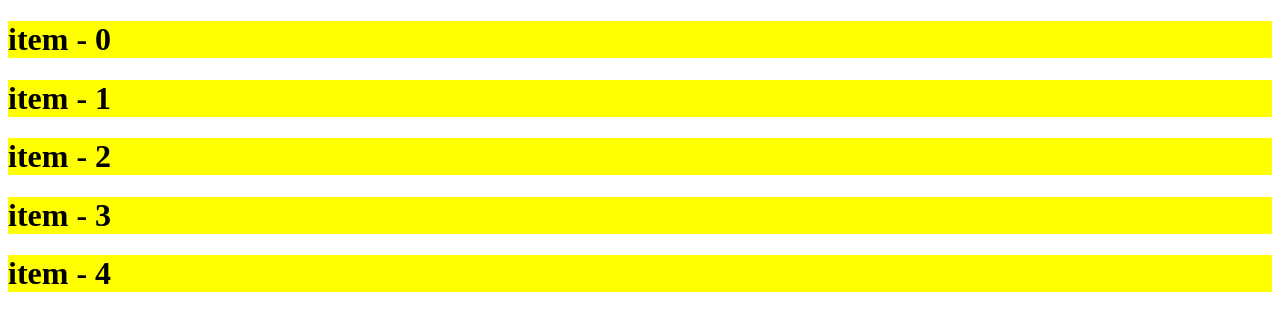
Repository: chlguswns1/web-practice
Page: jQuery/src/main/webapp/01_jQueryBasic.html
The author's editor kept a copy of each file at every save. The page is drawn from the files as they stood at one save, then again after the next save.
The browser window is 1280 px wide. The pictures show the whole page.

Above is the page before, as saved 2023-03-09 02:55:34.

### jQuery/src/main/webapp/01_jQueryBasic.html
<!-- jQuery 기본
	1. jQuery 개요
		- 모든 브라우저에서 동작하는 클라이언트 자바스크립트 라이브러리.
		- 다음의 기능을 위해 제작
			. DOM과 관련된 처리를 쉽게 구현
			. 일관된 이벤트 연결을 쉽게 구현
			. 시각적 효과를 쉽게 구현
			. ajax 애플리케이션을 쉽게 구현

		- http://jquery.com
		- jQuery 사용 방법
			1) 직접 다운받아 사용하는 방법.
			2) CDN 호스트 사용하는 방법.
				 . Content Delivery Network
				 . 사용자에게 간편하게 콘텐츠를 제공하는 방식을 의미.
				 . 구글, 마이크로소프트, jQuery측에서 사용자가 jQuery를 사용하기 편하게 콘텐츠를 제공.
-->

<!DOCTYPE html>
<html>
<head>
<meta charset="UTF-8">
<title>jQuery 태그 구조</title>

<!-- 9. jQuery를 사용한 배열 관리(2)를 위한 예제 -->
<style type="text/css">
	.high-light { background:yellow; }
	.high-light-0 { background:yellow; }
	.high-light-1 { background:orange; }
	.high-light-2 { background:blue; }
	.high-light-3 { background:green; }
	.high-light-4 { background:red; }
</style>

<!-- 방법1. 직접 다운로드 -->
<script src="./js/jquery-3.6.3.min.js"></script><!-- 이렇게 하는순간 이코드에 포함된거다 -->

<!-- 방법2.CDN 방식 -->
<script src="https://ajax.googleapis.com/ajax/libs/jquery/1.12.4/jquery.min.js"></script>

<script type="text/javascript">
/* 1. 라이브러리 포함 방법 : 2가지 방식 */
//- 방법1 방법2 참조

/* 2. jQuery를 사용한 웹 페이지 형식
//	-jQuery() //jQuery함수를 호출했을때 객체를 반환해준다
//	-$(document).ready(function(){});<-이거//바디영역을 전부읽어 갔을때 jQuery가 감시하고있다 읽어간순간
							      //입력으로 전달하는 함수를 실행함
//		.문서가 준비 완료되면매개변수로전달된 함수를 실행하라는 의미.
//		.$(function(){});//간단한 형식 정의 위와 같은 코드지만 융통성있는 코드로 짧게줄일수있다
	$(document).ready(function(){//onload와(차이점) 다르게 여러개 사용할 수 있다
		alert('First Ready');
	});

	$(document).ready(function(){
		alert('Second Ready');
	});

	$(document).ready(function(){
		alert('Thirth Ready');
	});
*/
/* 3. jQuery 기본 선택자
// - jQuery 메서드의 가장 기본적인 형태
//   . 문서 객체를 다룰 때 사용하는 형태
//   . jQuery에서 가장 많이 사용하는 형태

$(document).ready(function(){
// 1) 전체 선택자(*)
	//$('*').css('color','red');//전체선택자



// 2) 태그 선택자

	//한 개 태그 선택

	//h1을 선택.css()메소드정의
	//$('h1').css('color','orange');

	//두 개 이상의 태그 선택
	//$('h1, p').css('color','blue');

// 3) 아이디 선택자
	//$('#target').css('color','blue')

// 4) 클래스 선택자
	//$('.item').css('color','yellow');
	$('h1.item').css('color','yellow');//가독성있는 접근법 h1에있는 아이템들

	$('.item.select').css('color','green');//주의) 접근해 갈때는 빈스페이스가 생기지 않도록 주의.

});
*/

/* 4. jQuery 자식(손)선택자와 후손 선택자
	//$(document).ready(function(){}); ↓밑에처럼 줄일수 있다
	$(function(){

	// - 자식(손) 선택자 - 자식은 div가 사실상 지정된것이다
	$('body > *').css('color','red')//자식에있는 모든것을 선택하겠다

// - 후손 선택자 - 후손은 div를 포함안 안에있는 모든것들이 태그된것이다
	$('body *').css('color','blue')//후손선택자의 경우는 스페이스

	});
*/

/* 5. jQuery 속성 선택자
//- 기본 선택자 뒤에 붙여 사용.
//- 입력 양식과 관련된 태그를 선택할 때 많이 사용.

	$(function () {
		$('input[type = text]').val('hello jQuery');//처음화면이 보여질때 val()안에 텍스트가 보여짐
	})
  */

/* 6. jQuery 필터 선택자
// 1) 입력 양식 필터 선택자
// .input:button
// .input:checkbox
// .input:radio
// .input:file
// .input:image
// .input:password
// .input:text
// .input:submit
// .input:reset

// .요소:checked
// .요소:disabled
// .요소:enabled
// .요소:focus
// .요소:selected

	$(function () {
		setTimeout(function(){//항목을 선택하면 5초뒤에 선택되어진 항목을 alert창으로 출력
			var value = $('select > option:selected').val();
		alert(value);
		},5000);//한번만 이벤트함수 발생
	})
*/

// 2) 위치 필터 선택자
//   . 선택자를 사용해 문서 객체를 선택한 후에 다음과 같은 위치를 지정한다.
//    >> 요소:odd -> 홀수 번째에 위치한 문서 객체 선택.
//    >> 요소:even -> 짝수 번째에 위치한 문서 객체 선택.
//    >> 요소:first -> 첫번째에 위치한 문서 객체 선택.
//    >> 요소:last -> 마지막에 위치한 문서 객체 선택.

	/* $(function () {
		$('tr:odd').css('background','silver'); //0 부터 카운팅
		$('tr:even').css('background','#9F9F9F');
		$('tr:first').css('background','blue').css('color','#FFFFFF');
	}) */

// 3) 함수 필터 선택자
//   >> 요소:contains(문자열)
//       ->특정 문자열을 포함하는 문서 객체를 선택.
//   >> 요소:eq(n)
//       ->n번째에 위치하는 문서 객체를 선택.
//   >> 요소:gt(n)
//       ->n번째 초과하는 위치에 있는 문서 객체를 선택.
//   >> 요소:has(h1)
//       ->h1 태그를 가지고 있는 문서 객체를 선택.
//   >> 요소:lt(n)
//       ->n번째 미만에 위치하는 문서 객체를 선택.
//   >> 요소:not(선택자)
//       ->선택자와 일치하지 않는 문서 객체를 선택.
//   >> 요소:nth-child
//       -> 3n+1번째에 위치하는 문서 객체를 선택(인덱스 1부터 카운팅).

	/* $(function () {
		$('tr:eq(0)').css('background','black').css('color','white');
		$('tr:nth-child(3n+1)').css('background','green');//1 4 7
	}) */



/* 7. jQuery를 사용한 배열 관리(1)
// - each() 메서드 사용 - 배열데이터를 전달받음
//    . 매개 변수로 입력한 함수 사용.
//    . for in 반복문처럼 객체나 배열의 요소 검사하는 메서드



// - each() 메서드의 형태
//	1.
$.each(object, function(index,item){
	$(function() {
		var array = [{name:'Naver', link:'https://www.naver.com'},
					 {name:'Daun', link:'https://www.daum.net'},
					 {name:'Nate', link:'https://www.nate.com'}];
		$.each(array,function(){index, item});
			var output = '';

			output += '<a href="'+ item.link +'">';//<a href="https://www.naver.com"></a>
			output += '<h1>' + item.name + '</h1>';//<a href="https://www.naver.com"></a><h1>Naver</h1>
			output += '</a>';//<a href="https://www.naver.com"></a><h1>Naver</h1></a>

			document.body.innerHTML += output;
	});
});
*/
/* 8. jQuery를 사용한 배열 관리(2) */
// - 각 객체에 서로 다른 class 속성을 설정하고 싶을 때 each() 메서드 사용.
	//예제 1.
	$(function () {
		$('h1').addClass('high-light');
	})

	//예제 2.
	// -each() 메소드의 형태
/* 9. jQuery를 사용한 객체 확장 */


/* 10. jQuery 라이브러리 충돌 방지 */
// - jQuery외 prototype 자바스크립트 라이브러리도 동일하게 $를
//    식별자로 사용.
// - 따라서 두 라이브러리를 함께 사용시 충돌 발생.


</script>
</head>
<body>
<!-- 3-1/3-2. 전체/태그 선택자
	<h1>Lorem ipsum</h1>
	<p>Lorem ipsum dolor sit amet.</p>
	<h1>Lorem ipsum</h1>
	<p>Lorem ipsum dolor sit amet.</p>
	<hr>
-->
<!-- 3-3. 아이디 선택자
	<h1>Header-0</h1>
    <h1 id="target">Header-1</h1>
    <h1>Header-2</h1>
    <hr>
-->

<!-- 3-4. 클래스 선택자
    <h1 class="item">Header-0</h1>
    <h1 class="item select">Header-1</h1>
    <h1 class="item">Header-2</h1>
    <hr>
 -->
<!-- 4. 자식(손) 선택자와 후손 선택자
	<div>
		<ul>
			<li>Apple</li>
			<li>Bag</li>
			<li>Cat</li>
			<li>Dog</li>
		</ul>
	</div>
    <hr>
-->
<!-- 5. 속성 선택자
    <input type="text"/></br>
    <input type="password"/></br>
    <input type="radio"/></br>
    <input type="checkbox"/></br>
    <input type="file"/></br>
    <hr>
 -->
<!-- 6-1. 입력 양식 필터 선택자
	<select>
		<option>Apple</option>
		<option>Bag</option>
		<option>Cat</option>
		<option>Dog</option>
	</select>
    <hr>
-->
<!-- 6-2/6-3. 필터선택자
	<table border="1">
		<tr><th>이름</th><th>혈액형</th><th>지역</th></tr>
		<tr><td>홍길동</td><td>AB형</td><td>서울시 강남구</td></tr>
		<tr><td>홍길서</td><td>A형</td><td>서울시 마포구</td></tr>
		<tr><td>홍길남</td><td>B형</td><td>서울시 서초구</td></tr>
		<tr><td>홍길북</td><td>O형</td><td>서울시 송파구</td></tr>
		<tr><td>김길동</td><td>O형</td><td>서울시 영등포구</td></tr>
		<tr><td>이길동</td><td>A형</td><td>서울시 강서구</td></tr>
		<tr><td>박길동</td><td>B형</td><td>서울시 용산구</td></tr>
	</table>
	<hr>
-->
<!-- 8. jQuery를 사용한 배열 관리(2) -->
	<h1>item - 0</h1>
	<h1>item - 1</h1>
	<h1>item - 2</h1>
	<h1>item - 3</h1>
	<h1>item - 4</h1>

</body>
</html>

Loaded but not shown: jQuery/src/main/webapp/js/jquery-3.6.3.min.js (library)

After the next save:
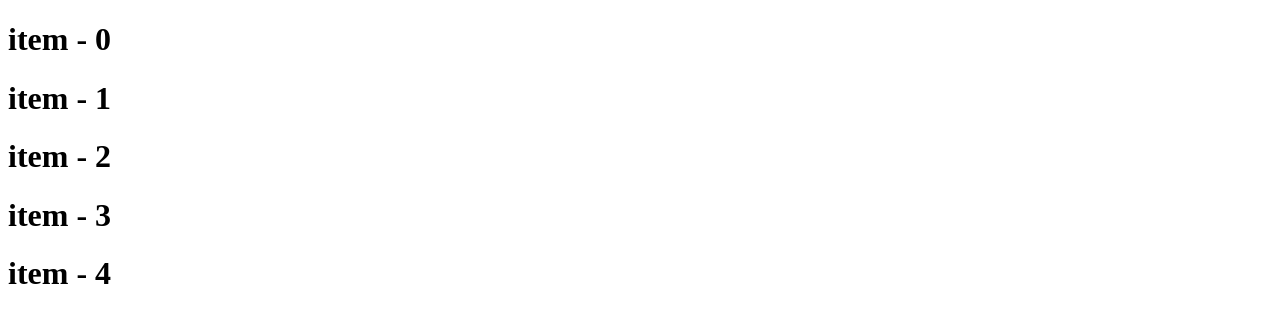
Console error: TypeError: Cannot read properties of undefined (reading 'call')
Saved 2 min 45 s later.
--- a/jQuery/src/main/webapp/01_jQueryBasic.html
+++ b/jQuery/src/main/webapp/01_jQueryBasic.html
@@ -186,7 +186,7 @@
 
 // - each() 메서드의 형태
 //	1.
-$.each(object, function(index,item){
+$.each(object, function(index,item){});
 	$(function() {
 		var array = [{name:'Naver', link:'https://www.naver.com'},
 					 {name:'Daun', link:'https://www.daum.net'},
@@ -200,17 +200,22 @@
 
 			document.body.innerHTML += output;
 	});
-});
-*/
-/* 8. jQuery를 사용한 배열 관리(2) */
+
+*/
+/* 8. jQuery를 사용한 배열 관리(2)
 // - 각 객체에 서로 다른 class 속성을 설정하고 싶을 때 each() 메서드 사용.
 	//예제 1.
 	$(function () {
 		$('h1').addClass('high-light');
 	})
-
+*/
 	//예제 2.
 	// -each() 메소드의 형태
+	//	2.$(selectot).each(function(index,item){});
+	$(function () {
+		$('h1').each();
+	});
+
 /* 9. jQuery를 사용한 객체 확장 */
 
 

After the 3 saves that followed:
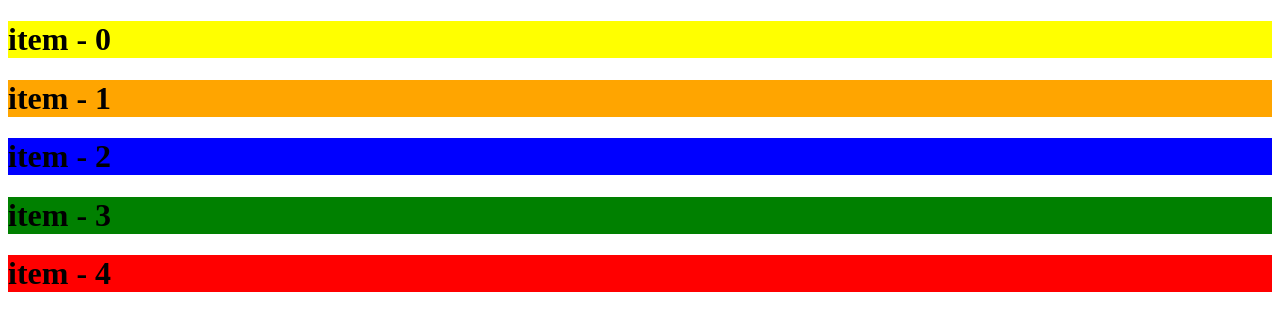
The error is gone.
The 3 saves are shown as one change because 2 left the picture as it was.
The last was saved 4 min 17 s later.
--- a/jQuery/src/main/webapp/01_jQueryBasic.html
+++ b/jQuery/src/main/webapp/01_jQueryBasic.html
@@ -213,7 +213,9 @@
 	// -each() 메소드의 형태
 	//	2.$(selectot).each(function(index,item){});
 	$(function () {
-		$('h1').each();
+		$('h1').each(function(index,item){
+			$(item).addClass('high-light-'+index);
+		});
 	});
 
 /* 9. jQuery를 사용한 객체 확장 */
